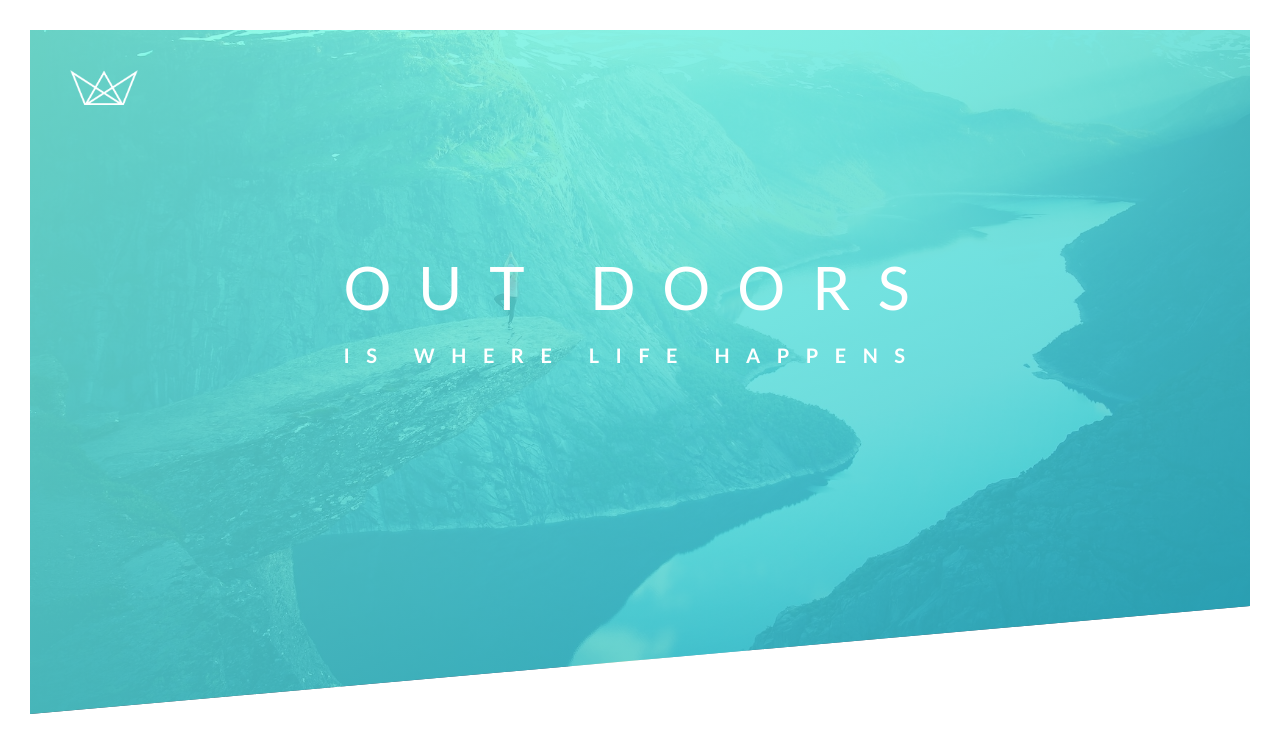
Repository: haokiet2501/natours-page
Page: index.html
An editor plug-in stored every save of this project. The page is shown before and after a run of saves, followed by the edit.
The browser window is 1280 px wide. The pictures show the whole page.

Above is the page before, as saved 2022-07-31 17:26:20.

### index.html
<!DOCTYPE html>
<html lang="en">
<head>
    <meta charset="UTF-8">
    <meta http-equiv="X-UA-Compatible" content="IE=edge">
    <meta name="viewport" content="width=device-width, initial-scale=1.0">
    <link rel="shortcut icon" href="img/favicon.png" type="image/x-icon">
    <link rel="stylesheet" href="styles.css">
    <title>Natours</title>
</head>
<body>
    <header class="header">
        <div class="logo">
            <img src="img/logo-white.png" alt="Logo" class="logo-img">
        </div>
        <div class="heading">
            <h1 class="heading-text">
                <span class="heading-subtitle">
                    Out doors
                </span>
                <span class="heading-subtext">
                    is where life happens
                </span>
            </h1>
        </div>
    </header>
</body>
</html>

### styles.css
@import url('https://fonts.googleapis.com/css2?family=Lato:wght@300;400;700;900&display=swap');

* {
    margin: 0;
    padding: 0;
    box-sizing: border-box;
}

:root {
    --lighten-blue: #69ffd7;
    --medium-blue: #3badd4;
    --dark-blue: #1b92c2;
}

body {
    font-family: "Lato", sans-serif;
    line-height: 1.7;
    font-weight: 400;
    font-size: 16px;
    color: #777;
    padding: 30px;
}

html {
    scroll-behavior: smooth;
}

.header {
    position: relative;
    height: 95vh;
    background-image: linear-gradient(
        to right bottom,
        rgba(126, 255, 232, 0.8),
        rgba(40, 187, 208, 0.8)
        ) ,url("./img/hero.jpg");
    background-size: cover;
    background-position: top;
    clip-path: polygon(0 0, 100% 0, 100% 80vh, 0 100%);
}

.logo {
    position: absolute;
    top: 40px;
    left: 40px;
}

.logo-img {
    height: 35px;
}

.heading {
    position: absolute;
    top: 40%;
    left: 50%;
    transform: translate(-50%, -50%);
}

.heading-text {
    color: #fff;
    text-transform: uppercase;
}

.heading-subtitle {
    display: block;
    font-size: 60px;
    font-weight: 400;
    letter-spacing: 27px;
    animation: 1s moveLeft;
}

.heading-subtext {
    display: block;
    font-size: 20px;
    font-weight: 700;
    letter-spacing: 16.5px;
}

@keyframes moveLeft{
    0% {
        opacity: 0;
        transform: translateX(-100px);
    }
    80% {
        transform: translateX(20px);
    }
    100% {
        opacity: 1;
        transform: translate(0);
    }
}

After the next 3 saves:
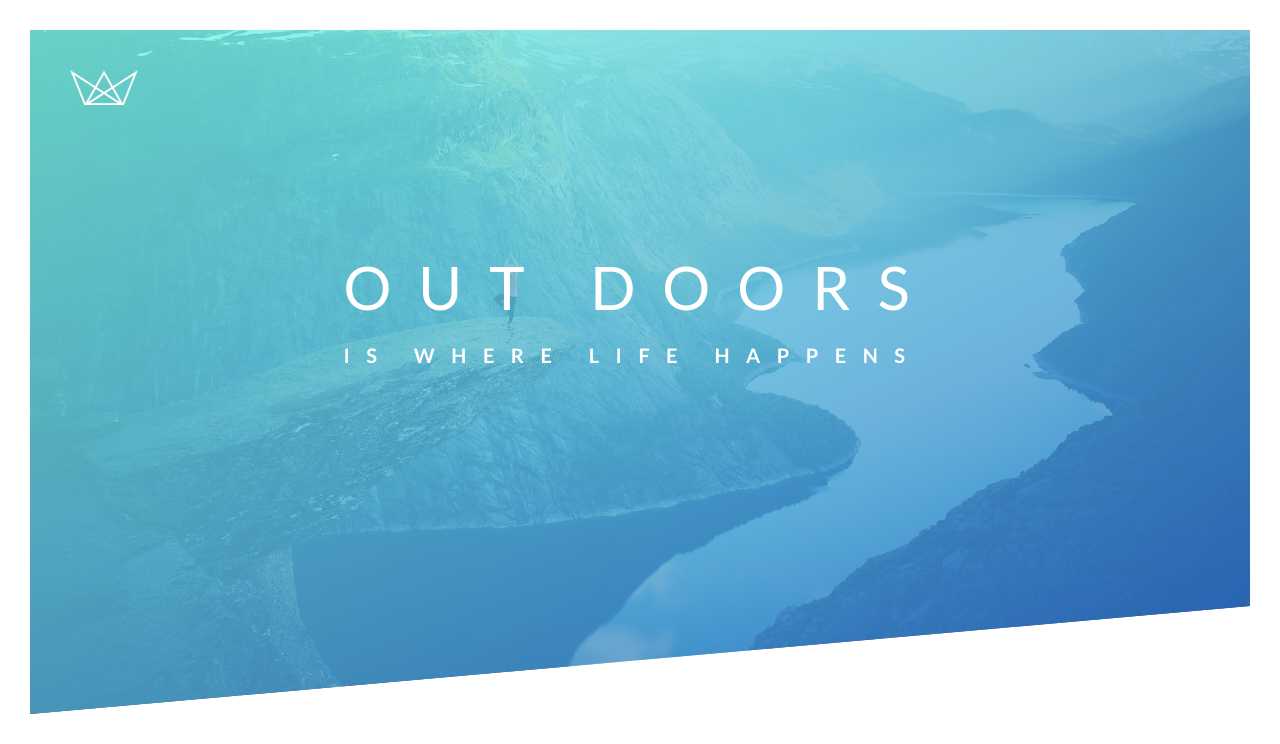
The 3 saves are shown as one change because they came seconds apart.
The last was saved 54 min 17 s later.
--- a/styles.css
+++ b/styles.css
@@ -31,7 +31,7 @@ html {
     background-image: linear-gradient(
         to right bottom,
         rgba(126, 255, 232, 0.8),
-        rgba(40, 187, 208, 0.8)
+        rgba(40, 107, 208, 0.8)
         ) ,url("./img/hero.jpg");
     background-size: cover;
     background-position: top;
